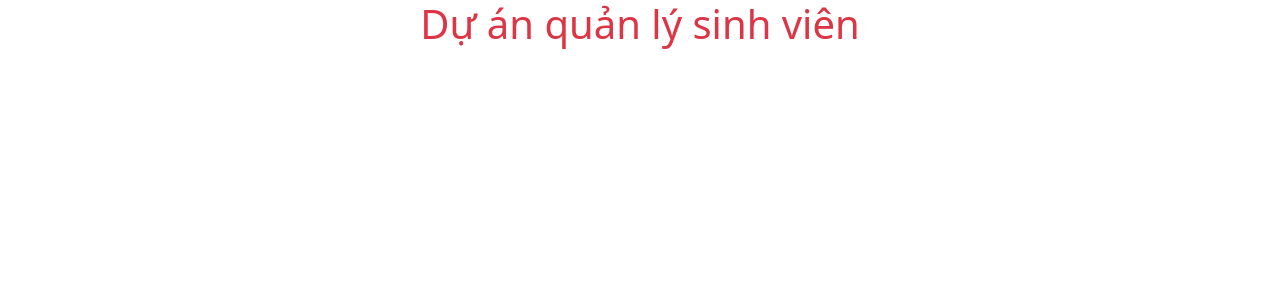
Repository: hcozyph/Cybersoft_JS_OOP
Page: index.html
The author's editor kept a copy of each file at every save. The page is drawn from the files as they stood at one save, then again after the next save.
The browser window is 1280 px wide. The pictures show the whole page.

Above is the page before, as saved 2023-02-26 09:15:27.

After the next save:
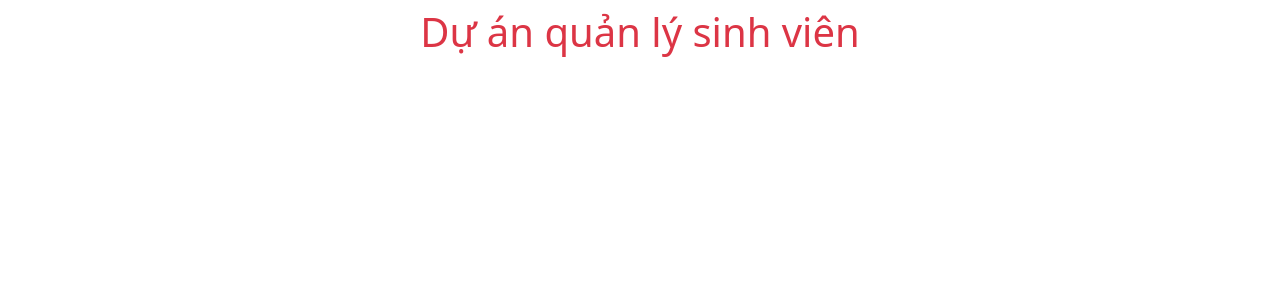
Saved 6 s later.
--- a/index.html
+++ b/index.html
@@ -24,7 +24,7 @@
     <body>
         <div class="container" style="margin-bottom: 500px">
             <div class="title">
-                <h3 class="text-center fs-1 text-danger">
+                <h3 class="text-center fs-1 text-danger my-2">
                     Dự án quản lý sinh viên
                 </h3>
             </div>
